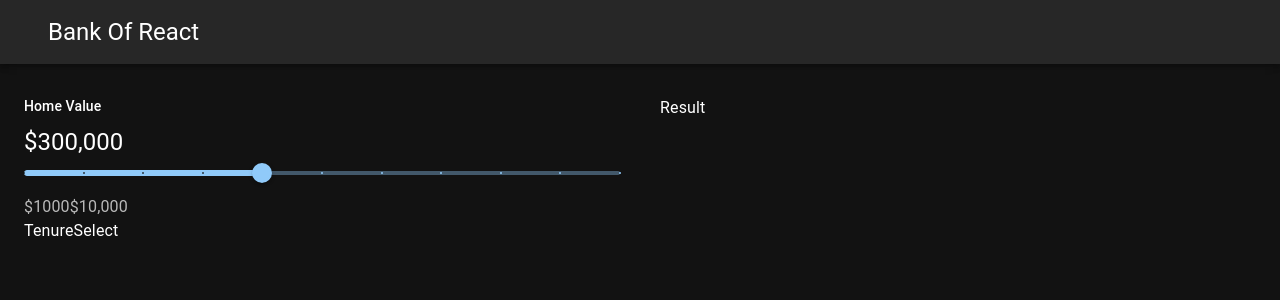
Repository: MikeeBuilds/mortgage-calculator
Page: /
The author's editor kept a copy of each file at every save. The page is drawn from the files as they stood at one save, then again after a run of saves.
The browser window is 1280 px wide. The pictures show the whole page.
The project was rebuilt for these pictures with package versions that can differ from the ones it lists, and the page was loaded fresh each time.

Above is the page before, as saved 2023-04-03 19:20:14.

### src/index.js
import React from 'react';
import ReactDOM from 'react-dom/client';
import  CssBaseline  from '@mui/material/CssBaseline';
import { ThemeProvider, createTheme } from '@mui/material/styles';
import App from './App';
import reportWebVitals from './reportWebVitals';
import { theme } from './theme';

const root = ReactDOM.createRoot(document.getElementById('root'));
root.render(
  <React.StrictMode>
    <ThemeProvider theme={theme}>
      <CssBaseline />
    <App />
    </ThemeProvider>
  </React.StrictMode>
);

// If you want to start measuring performance in your app, pass a function
// to log results (for example: reportWebVitals(console.log))
// or send to an analytics endpoint. Learn more: https://bit.ly/CRA-vitals
reportWebVitals();

### src/App.js
import { Container, Grid } from "@mui/material";
import Navbar from "./components/Navbar";
import Result from "./components/Result";
import SliderSelect from "./components/SliderSelect";
import TenureSelect from "./components/TenureSelect";


function App() {
  return (
    <div className="App">
      <Navbar />
      <Container maxWidth="xl" sx={{ marginTop: 4 }}>
        <Grid container spacing={5}>

          <Grid item xs={12} md={6}>
            <SliderSelect />
            <TenureSelect />
          </Grid>
          <Grid item xs={12} md={6}>
            <Result />

          </Grid>

        </Grid>
      </Container>
    </div>
  );
}

export default App;

### src/theme.js
import {  createTheme } from "@mui/material/styles";

export const theme = createTheme({
    palette: {
        mode: "dark",
    },
    typography: {
        h1: {

        },
    },
});

### src/components/Navbar.js
import React from 'react'
import AppBar from '@mui/material/AppBar'
import ToolBar from '@mui/material/Toolbar'
import Typography from '@mui/material/Typography'
import Container from '@mui/material/Container'

const Navbar = () => {
  return (
    <AppBar position="static">
      <Container maxWidth='xl'>
        <ToolBar>
            <Typography variant="h5" component="div" sx={{ flexGrow: 1 }}>
                Bank Of React
            </Typography>
        </ToolBar>
      </Container>
    </AppBar>
  )
}

export default Navbar

### src/components/SliderSelect.js
import React, { Fragment } from 'react'
import SliderComponent from './common/SliderComponent'

const SliderSelect = () => {
  return (
    <>
        <SliderComponent
            min={0}
            max={50}
            defaultValue={20}
            step={5 }
            onChange={(e, value) => console.log(value)}
        />

    </>


  )
}

export default SliderSelect

### src/components/TenureSelect.js
import React from 'react'

const TenureSelect = () => {
  return (
    <div>TenureSelect</div>
  )
}

export default TenureSelect

### src/components/common/SliderComponent.js
import React from 'react'
import Slider from '@mui/material/Slider'
import { Stack, Typography } from '@mui/material'

const SliderComponent = ({ defaultValue, min, max, step, onChange, value }) => {
  return (
  <>
    <Stack gap={1}>
      <Typography variant='subtitle2'>Home Value</Typography>
      <Typography variant='h5'>$300,000</Typography>
    </Stack>

    <Slider
      defaultValue={defaultValue}
      min={min} max={max}
      aria-label='Default'
      valueLabelDisplay='auto'
      marks
      step={step}
      onChange={onChange}
      value={value}
      />
      <Stack direction='row' justifyContent='space-b'>
    <Typography color='text.secondary'>$1000</Typography>
    <Typography color='text.secondary'>$10,000</Typography>
      </Stack>

  </>
  )
}

export default SliderComponent

Loaded but not shown: public/index.html (common file); src/reportWebVitals.js (common file); src/components/Result.js (common file)

After the next 2 saves:
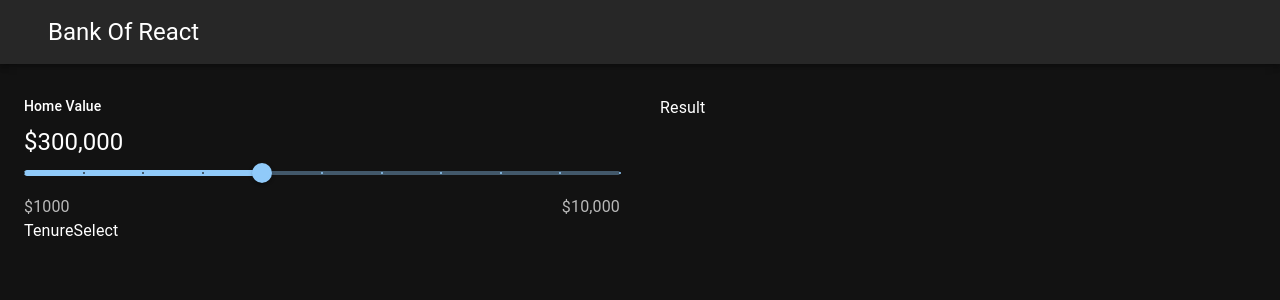
The 2 saves are shown as one change because they came seconds apart.
The last was saved 16 s later.
--- a/src/components/common/SliderComponent.js
+++ b/src/components/common/SliderComponent.js
@@ -20,7 +20,7 @@ const SliderComponent = ({ defaultValue, min, max, step, onChange, value }) => {
       onChange={onChange}
       value={value}
       />
-      <Stack direction='row' justifyContent='space-b'>
+      <Stack direction='row' justifyContent='space-between'>
     <Typography color='text.secondary'>$1000</Typography>
     <Typography color='text.secondary'>$10,000</Typography>
       </Stack>
